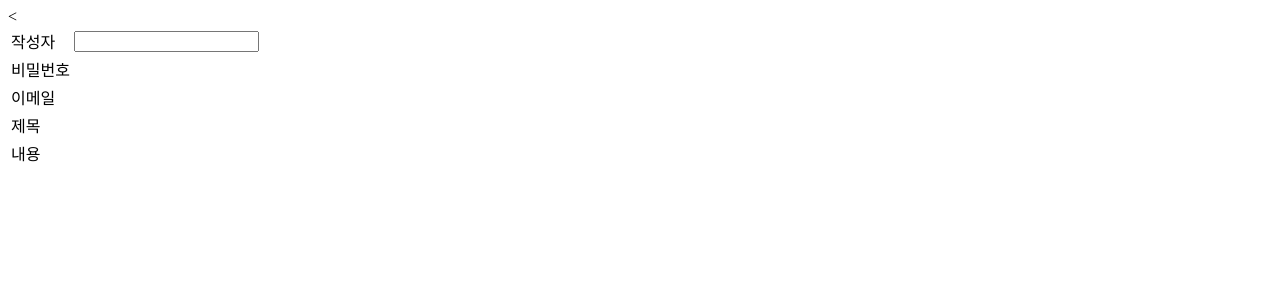
Repository: GitOnibi/jsp
Page: http://localhost/JSPprojec/notice/reply.jsp
The author's editor kept a copy of each file at every save. The page is drawn from the files as they stood at one save, then again after the next save.
The browser window is 1280 px wide. The pictures show the whole page.
The page is served by Tomcat 9. Queries for data that is not in the repository find no rows.

Above is the page before, as saved 2019-01-14 10:33:08.

After the next save:
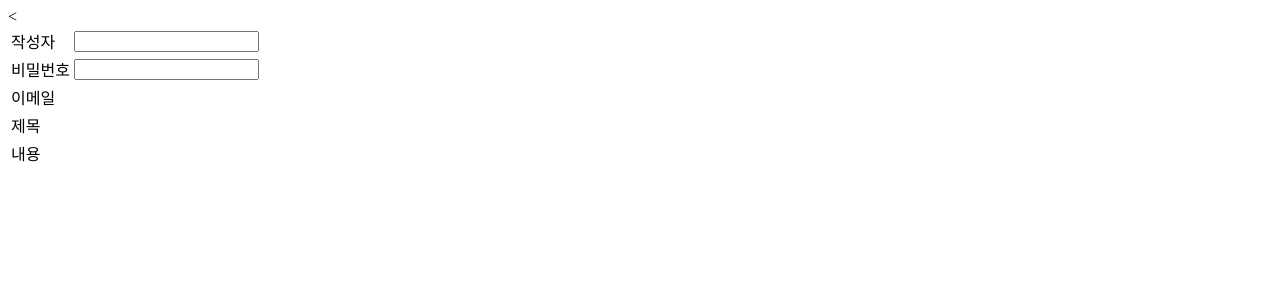
Saved 11 s later.
--- a/JSPprojec/WebContent/notice/reply.jsp
+++ b/JSPprojec/WebContent/notice/reply.jsp
@@ -28,7 +28,7 @@
 			</tr>
 			<tr>
 				<td>비밀번호</td>
-				<td></td>
+				<td><input type="text" name="re_pw"/></td>
 			</tr>
 			<tr>
 				<td>이메일</td>
